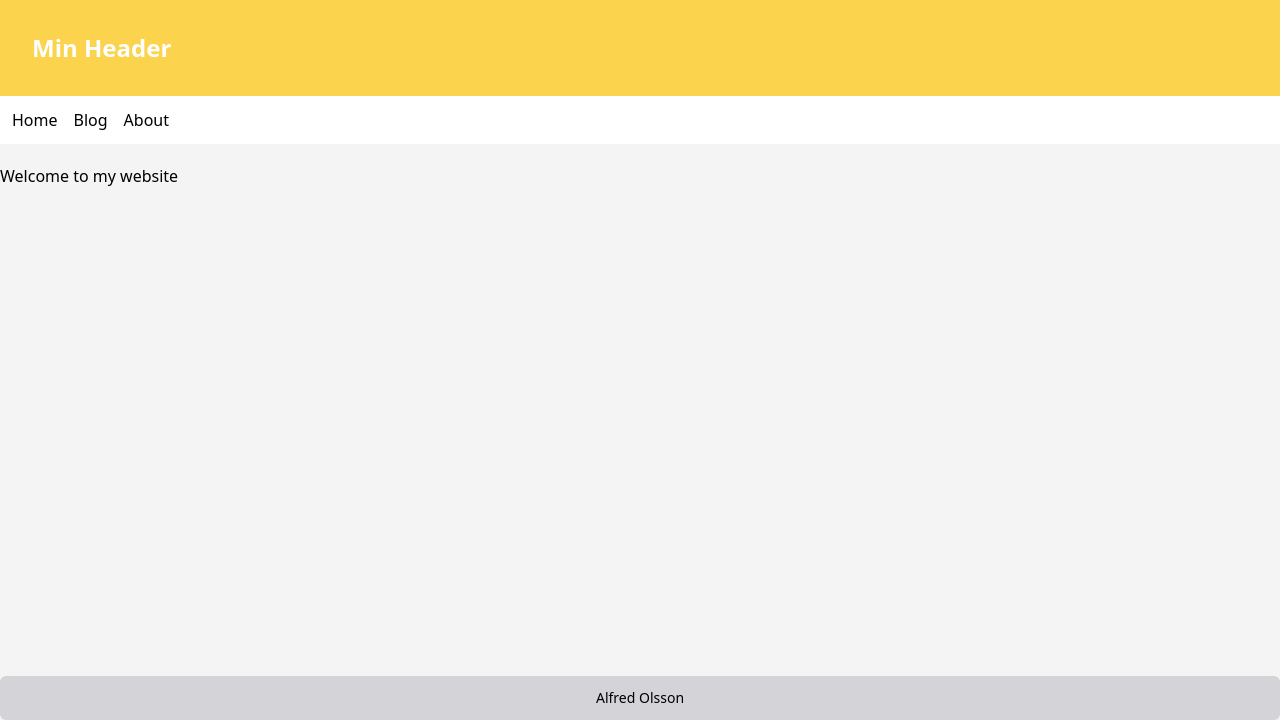
Repository: AlligatorAffe/NextWebsite
Page: /
These files come from the project's save history. The page is drawn as it stood at one moment and after the next save; the edit follows.
The browser window is 1280 px wide. The pictures show the whole page.
The project was rebuilt for these pictures with package versions that can differ from the ones it lists, and the page was loaded fresh each time. The framework's server and built-in components were replaced by stand-ins that run in the browser. Also part of the build but not shown: next.config.js.

Above is the page before, as saved 2024-01-04 21:58:05.

### app/layout.tsx
import './globals.css'
import { Metadata } from 'next'
import Link from 'next/link'




export const metadata: Metadata = {
  title: 'My webbpage',
  description: 'Welcome to Next.js',
}

/**
 *
 *
 *
 *
 *
 *

const inter = Inter({ subsets: ['latin'] })

export const metadata: Metadata = {
  title: 'Create Next App',
  description: 'Generated by create next app',
}

export default function RootLayout({
  children,
}: {
  children: React.ReactNode
}) {
  return (
    <html lang="en">
      <body>{children}</body>
    </html>
  )
}

 */

export default function RootLayout({
  // Layouts must accept a children prop.
  // This will be populated with nested layouts or pages
  children,

}: {
  children: React.ReactNode
}) {
  const navLinks = [
    { href: '/', label: 'Home' },
    { href: '/blogpost', label: 'Blog' },
    { href: '/about', label: 'About' },
  ];
  return (
    <html lang="en">
      <body className="flex flex-col min-h-screen bg-zinc-100 text-black">
        <div className="flex-grow">
          <header className="bg-amber-300 p-8">
            <h1 className="text-2xl font-bold text-white">Min Header</h1>
          </header>

          <nav className="bg-white p-3">
            <ul className="flex space-x-4">
              {navLinks.map((link, index) => (
                <li key={index}>
                  <Link href={link.href}>
                    {link.label}
                  </Link>
                </li>
              ))}
            </ul>
          </nav>
          <div className='pt-5'>
            {children}
          </div>

        </div>
        <footer className="bg-zinc-300 rounded-md p-3">
          <h3 className="text-black text-center text-sm font-medium">Alfred Olsson</h3>
        </footer>
      </body>
    </html>

  )
}

### app/template.tsx



export default function Template({ children }: { children: React.ReactNode }) {
    return <div>{children}</div>
  }

### app/page.tsx
import Image from 'next/image'
import { Metadata } from 'next'
import Link from 'next/link'

/*
export default function Page() {
  return <div >
      <h1 >
        Welcome to my website
      </h1>
    </div>

}
*/


export const metadata: Metadata = {
  title: 'My Page Title',
}

export default function Page() {
  return <div >
  <h1 >
    Welcome to my website
  </h1>

</div>
}

Loaded but not shown: app/globals.css (common file); tailwind.config.ts (common file)

After the next save:
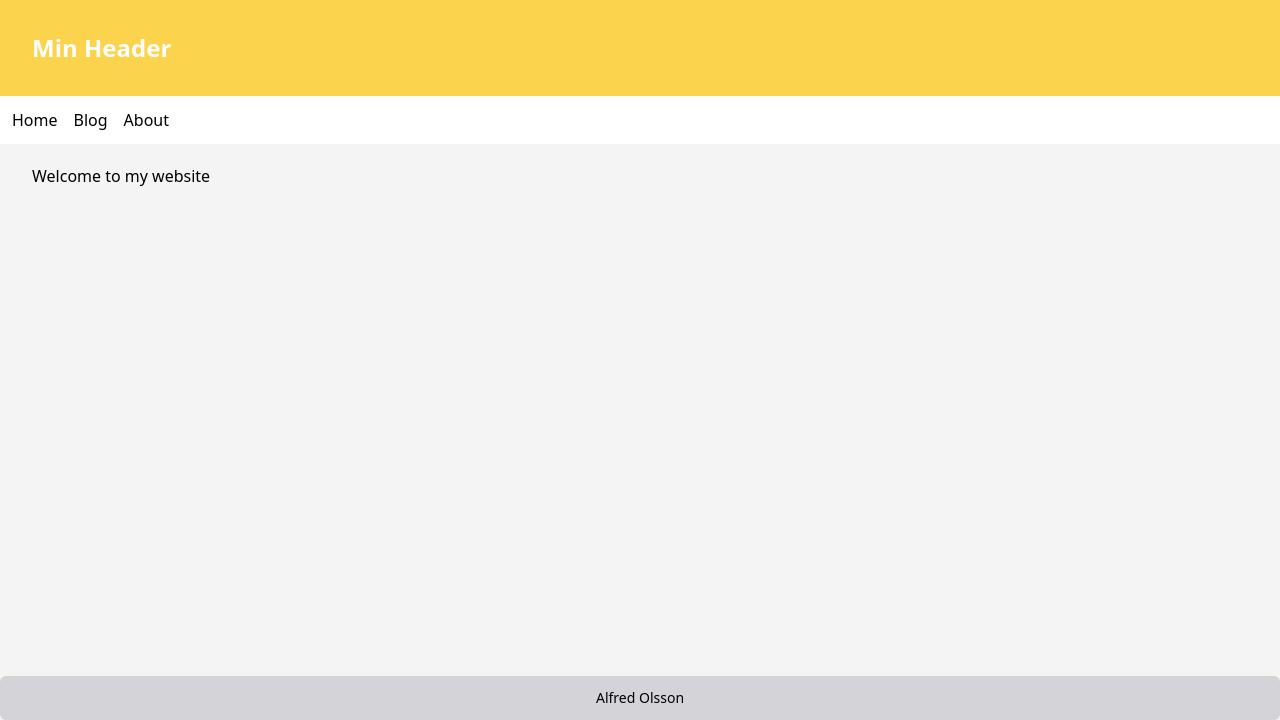
Saved 17 s later.
--- a/app/layout.tsx
+++ b/app/layout.tsx
@@ -71,7 +71,7 @@ export default function RootLayout({
               ))}
             </ul>
           </nav>
-          <div className='pt-5'>
+          <div className='pt-5 p-8'>
             {children}
           </div>
 
